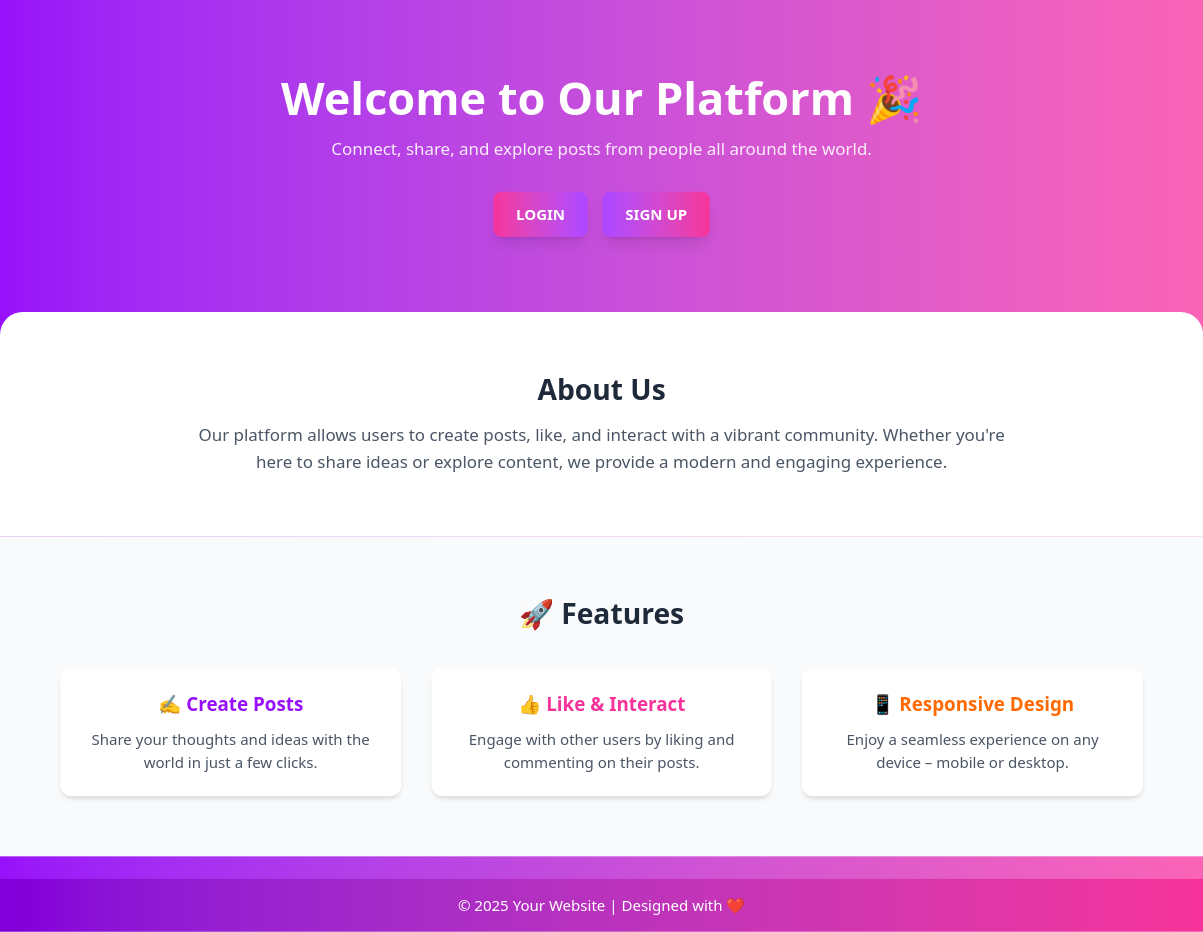
Repository: Tushal27/LinkdPlus-Frontend
Page: /
The author's editor kept a copy of each file at every save. The page is drawn from the files as they stood at one save, then again after the next save.
The browser window is 1280 px wide. The pictures show the whole page, at 94% of full size.
The project was rebuilt for these pictures with package versions that can differ from the ones it lists, and the page was loaded fresh each time. Also part of the build but not shown: vite.config.js, src/pages/Login.jsx, src/pages/Register.jsx, src/pages/Profile.jsx, src/components/CommentsDrawer.jsx, src/pages/Posts.jsx, src/pages/EditProfile.jsx. Imported but missing from the stored project, and not drawn on this page: src/components/PostCard, src/pages/Layout.

Above is the page before, as saved 2025-08-04 04:05:53.

After the next save:
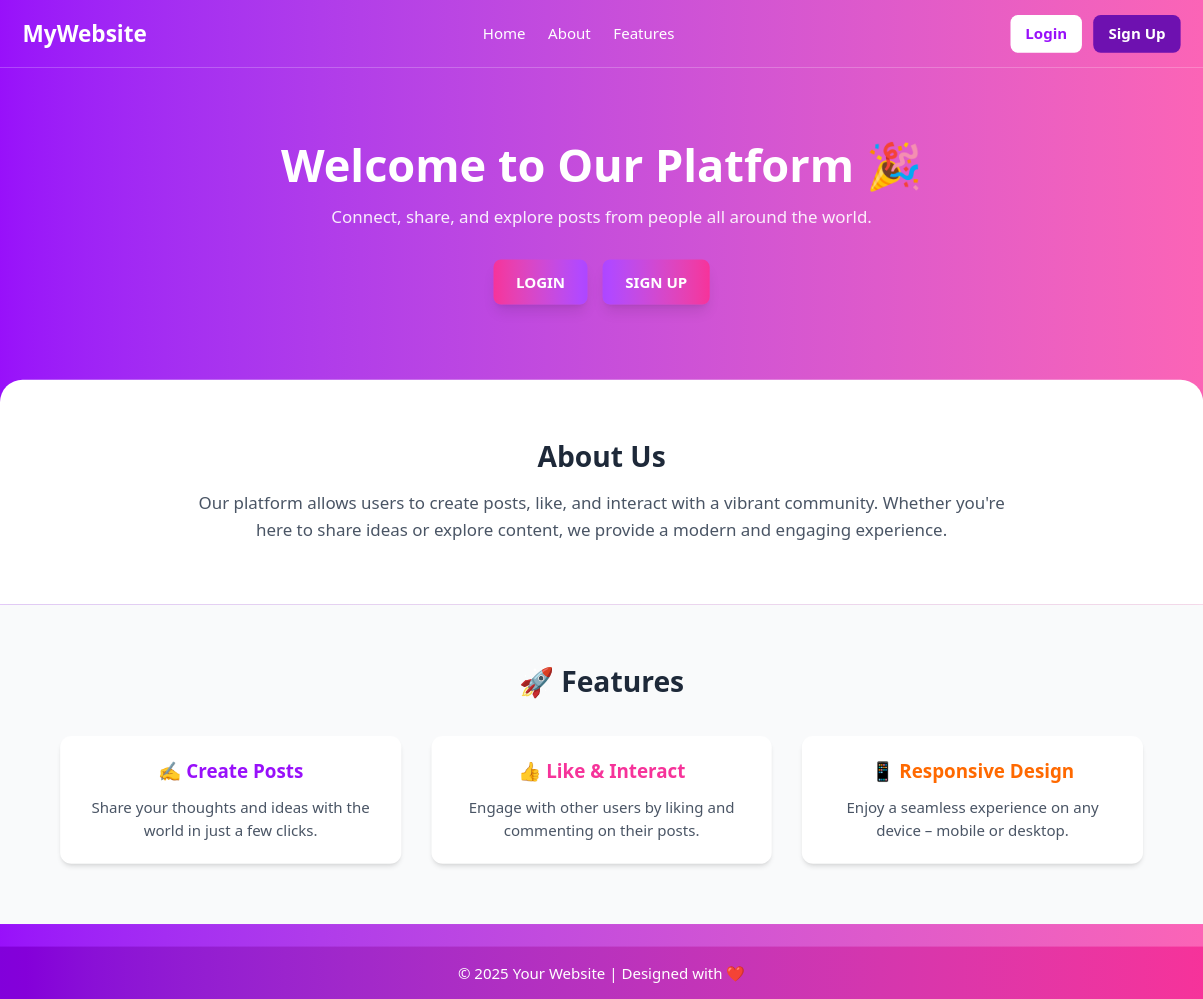
Saved 33 s later.
--- a/src/pages/HomePage.jsx
+++ b/src/pages/HomePage.jsx
@@ -1,10 +1,13 @@
 import React from "react";
 import { useNavigate } from "react-router-dom";
+import Navbar from "../components/Navbar";
 
 export default function HomePage() {
   const navigate = useNavigate();
 
   return (
+    <>
+    <Navbar />
     <div className="min-h-screen flex flex-col items-center bg-gradient-to-r from-purple-600 to-pink-400">
       {/* ✅ Hero Section */}
       <section className="w-full max-w-6xl text-center py-20 px-6">
@@ -86,5 +89,6 @@ export default function HomePage() {
         © 2025 Your Website | Designed with ❤
       </footer>
     </div>
+    </>
   );
 }
